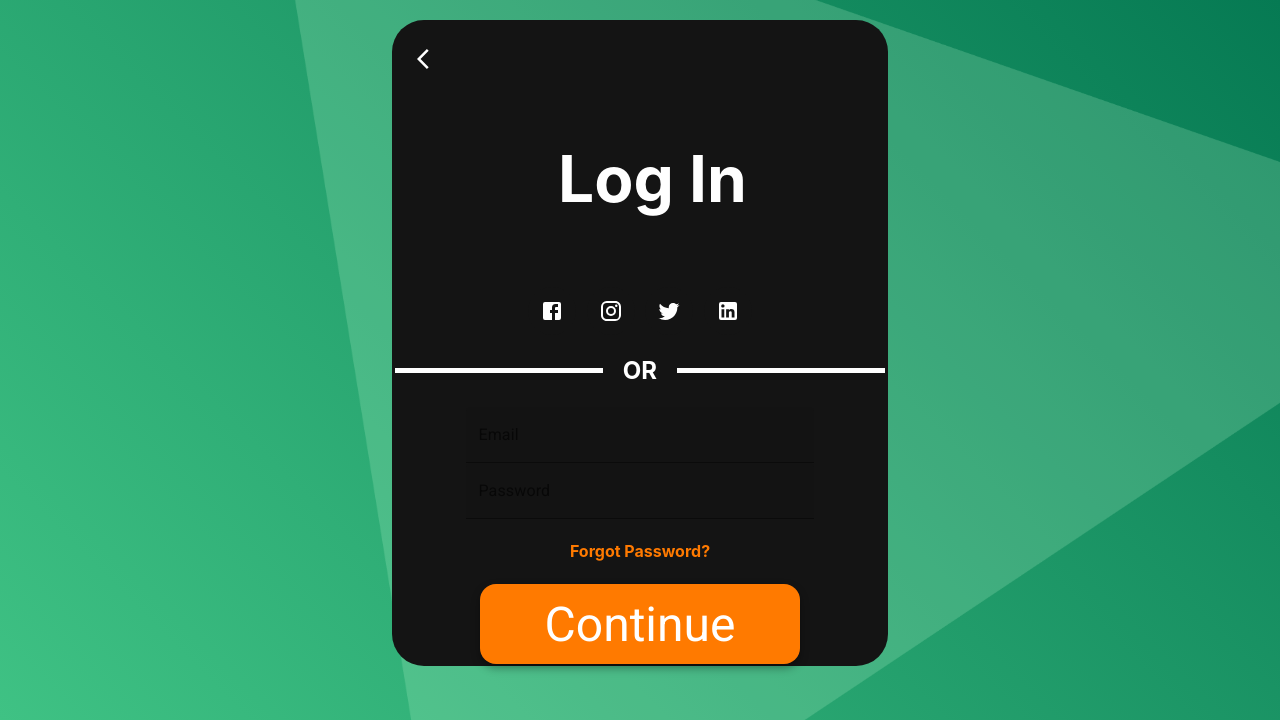
Repository: wilyyy/John
Page: /login (app in john-app/)
An editor plug-in stored every save of this project. The page is shown before and after the next save, followed by the edit.
The browser window is 1280 px wide. The pictures show the whole page.
The project was rebuilt for these pictures with package versions that can differ from the ones it lists, and the page was loaded fresh each time. The framework's server and built-in components were replaced by stand-ins that run in the browser. Also part of the build but not shown: john-app/next.config.js.

Above is the page before, as saved 2021-10-07 22:25:27.

After the next save:
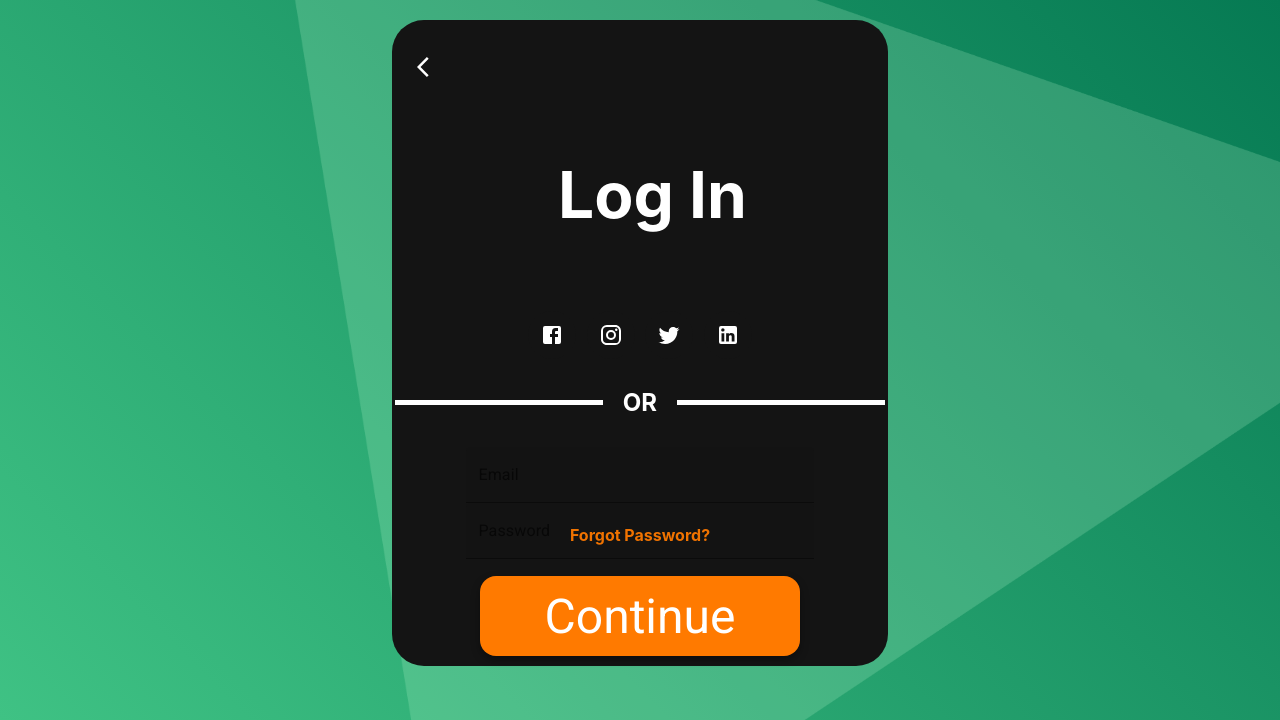
Saved 10 s later.
--- a/john-app/pages/login.js
+++ b/john-app/pages/login.js
@@ -63,6 +63,7 @@ const LogInFormCont = styled.div`
     display: flex;
     flex-direction: column;
     justify-content: space-evenly;
+    height: 3rem;
     width: 70%;
 `
 
